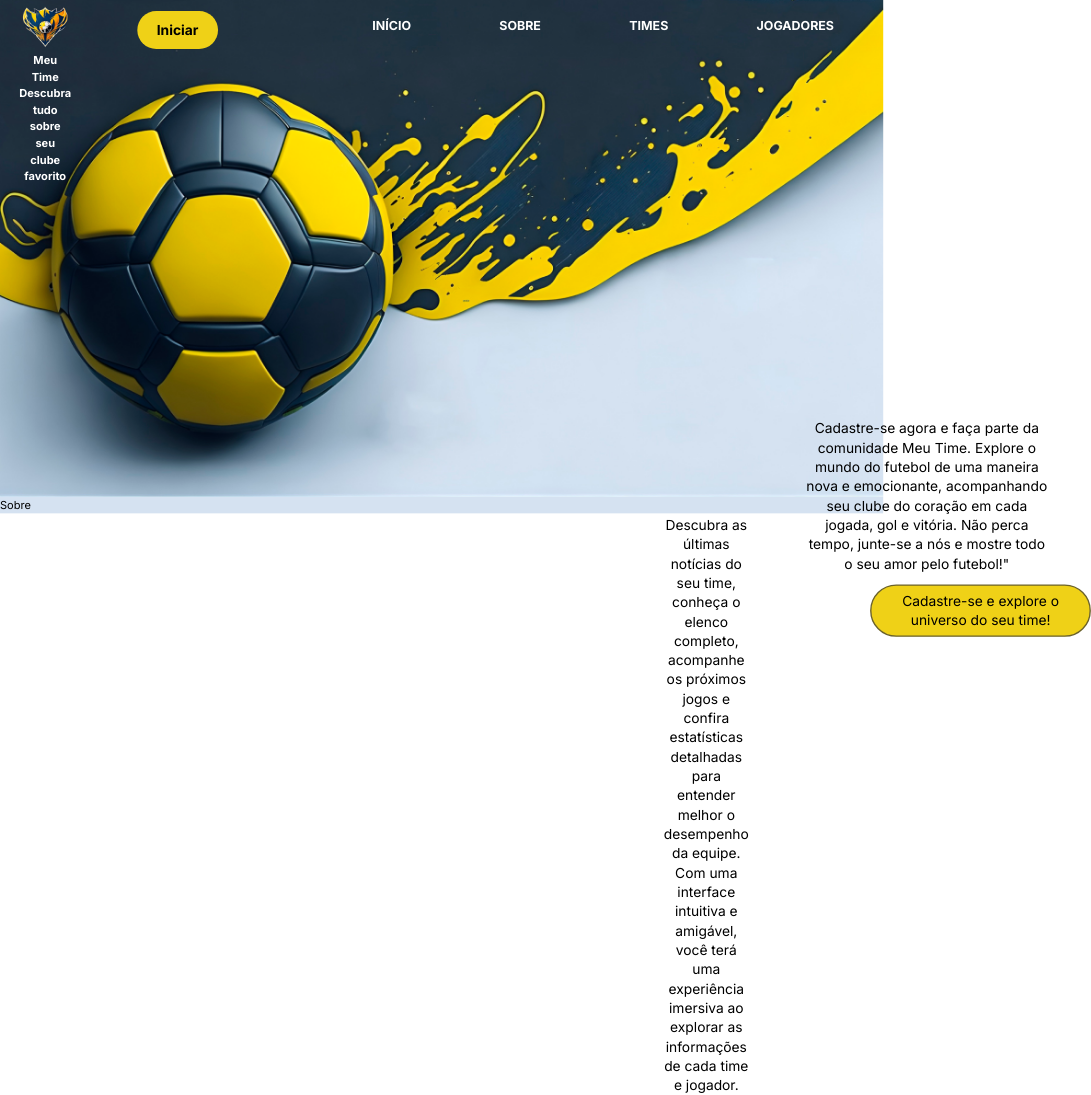
Repository: LuizAGDomingues/MeuTimeApp
Page: /
These files come from the project's save history. The page is drawn as it stood at one moment and after the next save; the edit follows.
The browser window is 1280 px wide. The page is 1581 px wide, then 1521 px, so the pictures cover 1581 px, including what lies to the right of the window. The pictures show the whole page, at 69% of full size.
The project was rebuilt for these pictures with package versions that can differ from the ones it lists, and the page was loaded fresh each time. The framework's server and built-in components were replaced by stand-ins that run in the browser. Also part of the build but not shown: next.config.js.

Above is the page before, as saved 2023-05-22 14:07:40.

After the next save:
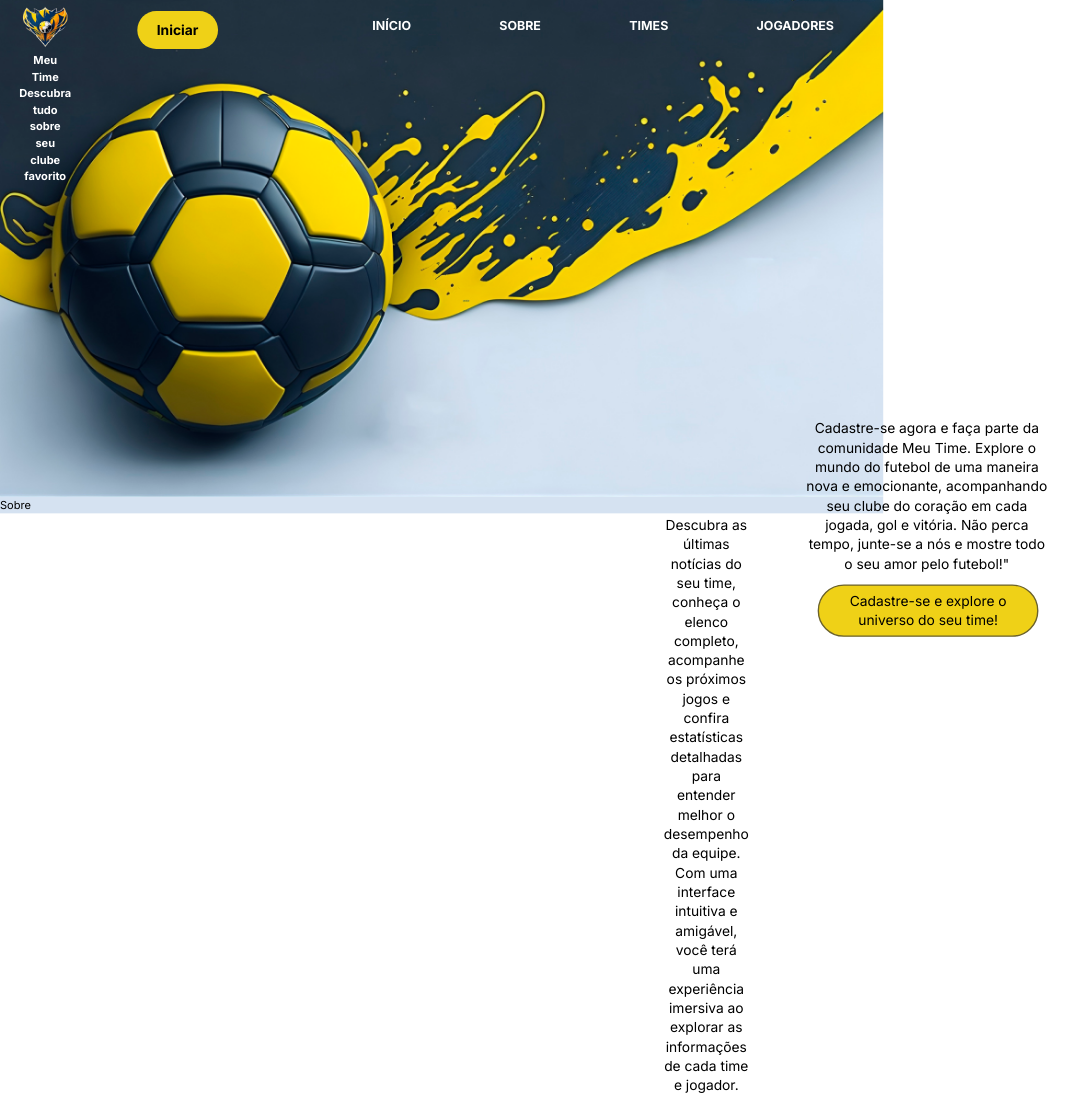
Saved 14 s later.
--- a/src/app/page.tsx
+++ b/src/app/page.tsx
@@ -10,7 +10,7 @@
           <p className="text-xl text-center w-[410px] ml-[962px] mt-[480px]">Descubra as últimas notícias do seu time, conheça o elenco completo, acompanhe os próximos jogos e confira estatísticas detalhadas para entender melhor o desempenho da equipe. Com uma interface intuitiva e amigável, você terá uma experiência imersiva ao explorar as informações de cada time e jogador.</p>
           <div className="flex flex-col w-[356px] ml-20 mt-[340px]">
             <p className="text-xl text-center ">Cadastre-se agora e faça parte da comunidade Meu Time. Explore o mundo do futebol de uma maneira nova e emocionante, acompanhando seu clube do coração em cada jogada, gol e vitória. Não perca tempo, junte-se a nós e mostre todo o seu amor pelo futebol!"</p>
-            <LoginDialog text="Cadastre-se e explore o universo do seu time!" className="font-normal w-80 text-base border-2 border-[#6B622B] ml-0"/>
+            <LoginDialog text="Cadastre-se e explore o universo do seu time!" className="font-normal w-80 text-base border-2 border-[#6B622B] ml-5"/>
           </div>
         </div>
       </main>
